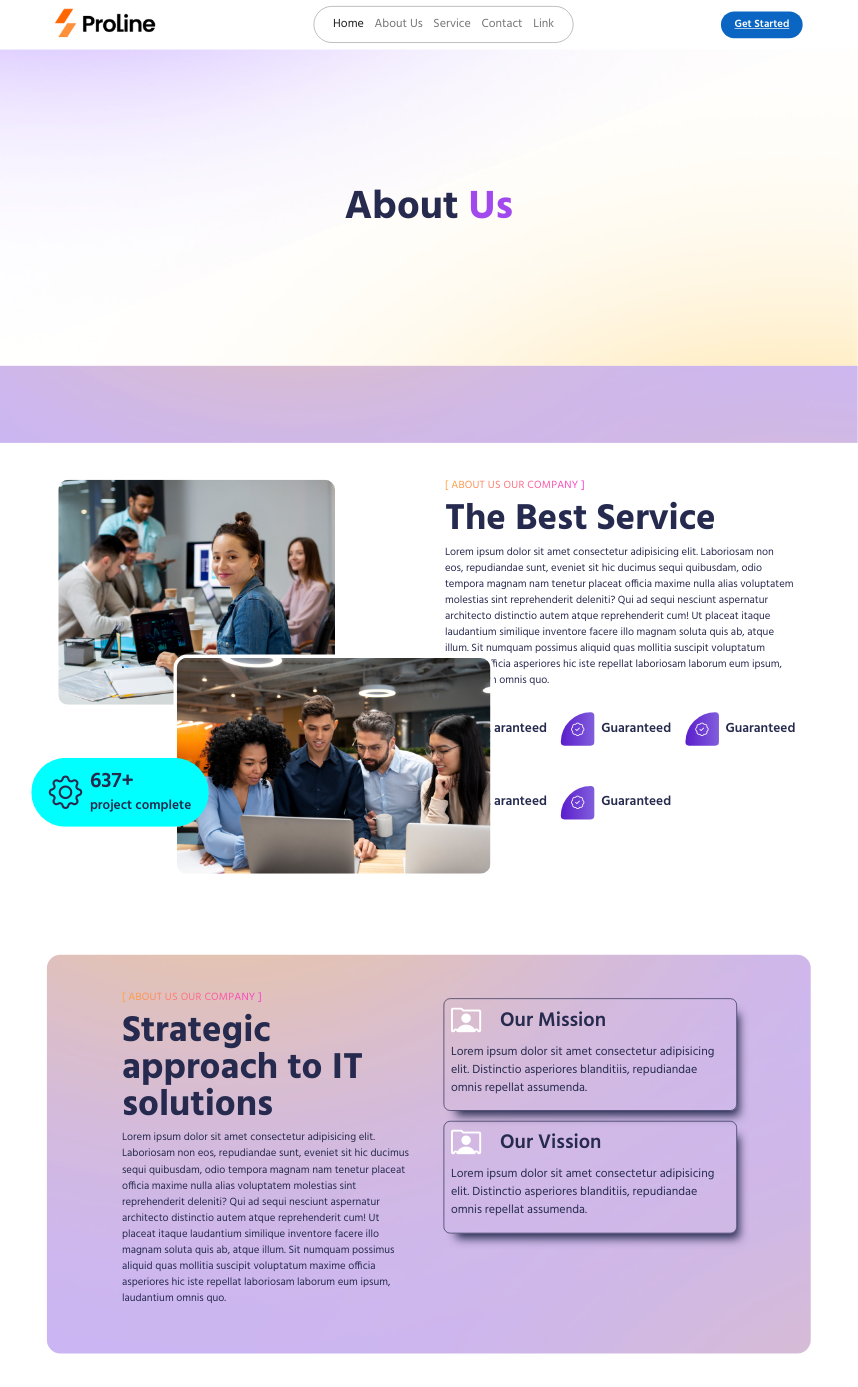
Repository: tagnam/corporate
Page: aboutus.html
The author's editor kept a copy of each file at every save. The page is drawn from the files as they stood at one save, then again after the next save.
The browser window is 1280 px wide. The pictures show the whole page, at 67% of full size.

Above is the page before, as saved 2025-02-15 12:52:26.

### aboutus.html
<!DOCTYPE html>
<html lang="en">
    <head>
        <meta charset="UTF-8" />
        <meta name="viewport" content="width=device-width, initial-scale=1.0" />
        <title>Corporate</title>
        <link href="https://cdn.jsdelivr.net/npm/bootstrap@5.2.3/dist/css/bootstrap.min.css" rel="stylesheet" integrity="sha384-rbsA2VBKQhggwzxH7pPCaAqO46MgnOM80zW1RWuH61DGLwZJEdK2Kadq2F9CUG65" crossorigin="anonymous" />
        <script src="https://cdn.jsdelivr.net/npm/bootstrap@5.2.3/dist/js/bootstrap.bundle.min.js" integrity="sha384-kenU1KFdBIe4zVF0s0G1M5b4hcpxyD9F7jL+jjXkk+Q2h455rYXK/7HAuoJl+0I4" crossorigin="anonymous"></script>
        <link rel="stylesheet" type="text/css" href="https://cdn.jsdelivr.net/npm/slick-carousel@1.8.1/slick/slick.css" />
        <link rel="stylesheet" type="text/css" href="https://cdn.jsdelivr.net/npm/slick-carousel@1.8.1/slick/slick-theme.css" />
        <link rel="stylesheet" href="style/css/animation.css" />
        <link rel="stylesheet" href="style/css/responsive.css" />
        <link rel="stylesheet" href="style/css/style.css" />
    </head>
<body>
            <!--======================================= start navigation bar  ===================================-->

            <header>
                <!-- <div class="nav-top">
                    <div class="col-lg-4"></div>
                    <div class="col-lg-4"></div>
                    <div class="col-lg-4"></div>
                </div> -->
                <nav class="navbar navbar-expand-lg ">
                    <div class="container">
                      <a class="navbar-brand" href="#"><img src="images/leads-proline-300x95.png" width="150px" alt=""></a>
                      <button class="navbar-toggler" type="button" data-bs-toggle="collapse" data-bs-target="#navbarSupportedContent" aria-controls="navbarSupportedContent" aria-expanded="false" aria-label="Toggle navigation">
                        <span class="navbar-toggler-icon"></span>
                      </button>
                      <div class="collapse navbar-collapse justify-content-between" id="navbarSupportedContent">
                        <div class="custom-nav-menu">
                            <ul class="navbar-nav custome-navbar-nav ">
                                <li class="nav-item custome-nav-item">
                                  <a class="nav-link custome-nav-link active" aria-current="page" href="/">Home</a>
                                </li>
                                <li class="nav-item custome-nav-item">
                                  <a class="nav-link custome-nav-link" href="aboutus.html">About Us</a>
                                </li>
                                <li class="nav-item custome-nav-item">
                                  <a class="nav-link custome-nav-link" href="#">Service</a>
                                </li>
                                <li class="nav-item custome-nav-item">
                                  <a class="nav-link custome-nav-link" href="#">Contact </a>
                                </li>
                                <li class="nav-item custome-nav-item">
                                  <a class="nav-link custome-nav-link" href="#">Link</a>
                                </li>
                              </ul>
                        </div>

                      </div>
                      <div >
                        <a href="" class="custom-btn"> Get Started </a>
        </div>
                    </div>
                  </nav>
            </header>

             <!--======================================= end navigation bar  ===================================-->



             <!--====================================== start about banner section ===================================-->


             <section class="innerpage-banner">
                <div class="container">
                    <div class="row">
                            <div class="col-lg-12">
                                <h2 class="inner-heading"> About <span> Us </span></h2>
                            </div>
                    </div>
                </div>
             </section>

             <!--====================================== end about banner section ===================================-->
                     <!--================================================= start client-slider  section ==========================-->
        <section class="client-slider-section">
            <div class="container-fluid" style="padding: 10px 0px;">
                <div class="row">
                    <marquee behavior="" direction="">
                        <div class="marquee" style="width: 130%; overflow: hidden;">

                              <img  src="images/leads-proline-300x95.png"   style="width: 200px;"   alt="" />
                              <img  src="images/marquee-4-icon.webp"   style="width: 75px;"   alt="" />
                              <img  src="images/leads-proline-300x95.png"   style="width: 200px;"   alt="" />
                              <img  src="images/marquee-4-icon.webp"   style="width: 75px;"   alt="" />
                              <img  src="images/leads-proline-300x95.png"   style="width: 200px;"   alt="" />
                              <img  src="images/marquee-4-icon.webp"   style="width: 75px;"   alt="" />
                              <img  src="images/leads-proline-300x95.png"   style="width: 200px;"   alt="" />
                              <img  src="images/marquee-4-icon.webp"   style="width: 75px;"   alt="" />
                              <img  src="images/leads-proline-300x95.png"   style="width: 200px;"   alt="" />
                              <img  src="images/marquee-4-icon.webp"   style="width: 75px;"   alt="" />
                              <img  src="images/leads-proline-300x95.png"   style="width: 200px;"   alt="" />
                              <img  src="images/marquee-4-icon.webp"   style="width: 75px;"   alt="" />


                        </div>
                    </marquee>
                </div>
            </div>
        </section>

        <!--================================================= end client-slider  section ==========================-->

                <!--================================================= star about section ==========================-->

                <section>
                    <div class="container">
                        <div class="row">
                            <div class="col-lg-6">
                                <div class="about-left" style="position: relative;">
                                    <figure class="about-img-container">
                                        <img class="about-img-001 A-image01" src="images/about-img-1.jpg" alt="" />
                                        <img class="about-img-001 A-image02" src="images/about-img-2.jpg" alt="" />
                                    </figure>
                                    <div class="project-counter">
                                        <div class="project-icon">
                                            <i class="bi bi-gear"></i>
                                        </div>
                                        <div class="project-number">
                                            <h2>637+</h2>
                                            <p>project complete</p>
                                        </div>
                                    </div>
                                </div>
                            </div>
                            <div class="col-lg-6">
                                <div class="container-fluid" style="margin-bottom: 20px;">
                                    <h3 class="sub-heading">[ about us our company ]</h3>
                                    <h1 class="title">The Best Service</h1>

                                    <div class="about-text">
                                        <p>
                                            Lorem ipsum dolor sit amet consectetur adipisicing elit. Laboriosam non eos, repudiandae sunt, eveniet sit hic ducimus sequi quibusdam, odio tempora magnam nam tenetur placeat officia maxime nulla alias
                                            voluptatem molestias sint reprehenderit deleniti? Qui ad sequi nesciunt aspernatur architecto distinctio autem atque reprehenderit cum! Ut placeat itaque laudantium similique inventore facere illo magnam
                                            soluta quis ab, atque illum. Sit numquam possimus aliquid quas mollitia suscipit voluptatum maxime officia asperiores hic iste repellat laboriosam laborum eum ipsum, laudantium omnis quo.
                                        </p>
                                    </div>
                                </div>
                                <div class="about-right-container">
                                    <ul class="about-list">
                                        <li class="about-list-item">
                                            <div class="col-lg-2 about-icon"><i class="bi bi-patch-check"></i></div>
                                            <div class="col-lg-10">
                                                <div class="about-list-title">Guaranteed</div>
                                            </div>
                                        </li>

                                        <li class="about-list-item">
                                            <div class="col-lg-2 about-icon"><i class="bi bi-patch-check"></i></div>
                                            <div class="col-lg-10">
                                                <div class="about-list-title">Guaranteed</div>
                                            </div>
                                        </li>
                                        <li class="about-list-item">
                                            <div class="col-lg-2 about-icon"><i class="bi bi-patch-check"></i></div>
                                            <div class="col-lg-10">
                                                <div class="about-list-title">Guaranteed</div>
                                            </div>
                                        </li>
                                        <li class="about-list-item">
                                            <div class="col-lg-2 about-icon"><i class="bi bi-patch-check"></i></div>
                                            <div class="col-lg-10">
                                                <div class="about-list-title">Guaranteed</div>
                                            </div>
                                        </li>
                                        <li class="about-list-item">
                                            <div class="col-lg-2 about-icon"><i class="bi bi-patch-check"></i></div>
                                            <div class="col-lg-10">
                                                <div class="about-list-title">Guaranteed</div>
                                            </div>
                                        </li>
                                    </ul>
                                </div>
                            </div>
                        </div>
                    </div>
                </section>
                <!--================================================= end about  section ==========================-->


            <!--==================================== start mission vission section ====================================-->

            <section class="mission-visson-section">
                <div class="container mission-vission-container">
                    <div class="row">
                        <div class="col-lg-6">
                            <div class="container-fluid" style="margin-bottom: 20px;">
                                <h3 class="sub-heading">[ about us our company ]</h3>
                                <h1 class="title">Strategic approach to IT solutions</h1>

                                <div class="about-text">
                                    <p>
                                        Lorem ipsum dolor sit amet consectetur adipisicing elit. Laboriosam non eos, repudiandae sunt, eveniet sit hic ducimus sequi quibusdam, odio tempora magnam nam tenetur placeat officia maxime nulla alias
                                        voluptatem molestias sint reprehenderit deleniti? Qui ad sequi nesciunt aspernatur architecto distinctio autem atque reprehenderit cum! Ut placeat itaque laudantium similique inventore facere illo magnam
                                        soluta quis ab, atque illum. Sit numquam possimus aliquid quas mollitia suscipit voluptatum maxime officia asperiores hic iste repellat laboriosam laborum eum ipsum, laudantium omnis quo.
                                    </p>
                                </div>
                            </div>
                        </div>
                        <div class="col-lg-6">
                                <div class="mission-vision-card ">
                                    <div class="mission-card">
                                        <div class="row">
                                            <div class="col-md-2">
                                                <div class="mission-icon">
                                                    <i class="bi bi-person-rolodex"></i>
                                                </div>
                                            </div>
                                            <div class="col-md-9 d-flex align-content-center">
                                                <div class="mission-content">
                                                <h4> our mission</h4>
                                                </div>
                                            </div>
                                        </div>
                                        <div class="row">
                                            <p class="mission-text">Lorem ipsum dolor sit amet consectetur adipisicing elit. Distinctio asperiores blanditiis, repudiandae omnis repellat assumenda.</p>
                                        </div>
                                    </div>
                                    <div class="vission-card">
                                        <div class="row">
                                            <div class="col-md-2">
                                                <div class="mission-icon">
                                                    <i class="bi bi-person-rolodex"></i>
                                                </div>
                                            </div>
                                            <div class="col-md-9 d-flex align-content-center">
                                                <div class="mission-content">
                                                <h4> our Vission</h4>
                                                </div>
                                            </div>
                                        </div>
                                        <div class="row">
                                            <p class="mission-text">Lorem ipsum dolor sit amet consectetur adipisicing elit. Distinctio asperiores blanditiis, repudiandae omnis repellat assumenda.</p>
                                        </div>
                                    </div>
                                </div>
                        </div>
                    </div>
                </div>
            </section>
            <!--==================================== end mission vission section ====================================-->

</body>
</html>

### style/css/animation.css
@keyframes boxmove{
    50% {
        transform: translateX(-20%);
    }
}


@keyframes star{
    0% {
        -webkit-transform: translate(0);
        transform: translate(0);
    }
    25% {
        -webkit-transform: translate(10px, 10px);
        transform: translate(10px, 10px);
    }
    50% {
        -webkit-transform: translate(5px, 5px);
        transform: translate(5px, 5px);
    }
    75% {
        -webkit-transform: translate(10px, -5px);
        transform: translate(10px, -5px);
    }
    100% {
        -webkit-transform: translate(0);
        transform: translate(0);
    }
}

### style/css/responsive.css

@media (max-width: 576px) {

 }

/* Small devices (tablets) */
@media (min-width: 577px) and (max-width: 768px) {

}

/* Medium devices (small laptops) */
@media (min-width: 769px) and (max-width: 992px) {

 }

/* Large devices (desktops) */
@media (min-width: 993px) and (max-width: 1200px) {

}

/* Extra large devices (large desktops) */
@media (min-width: 1201px) {

 }

Loaded but not shown: style/css/style.css (646 lines, source omitted)

After the next save:
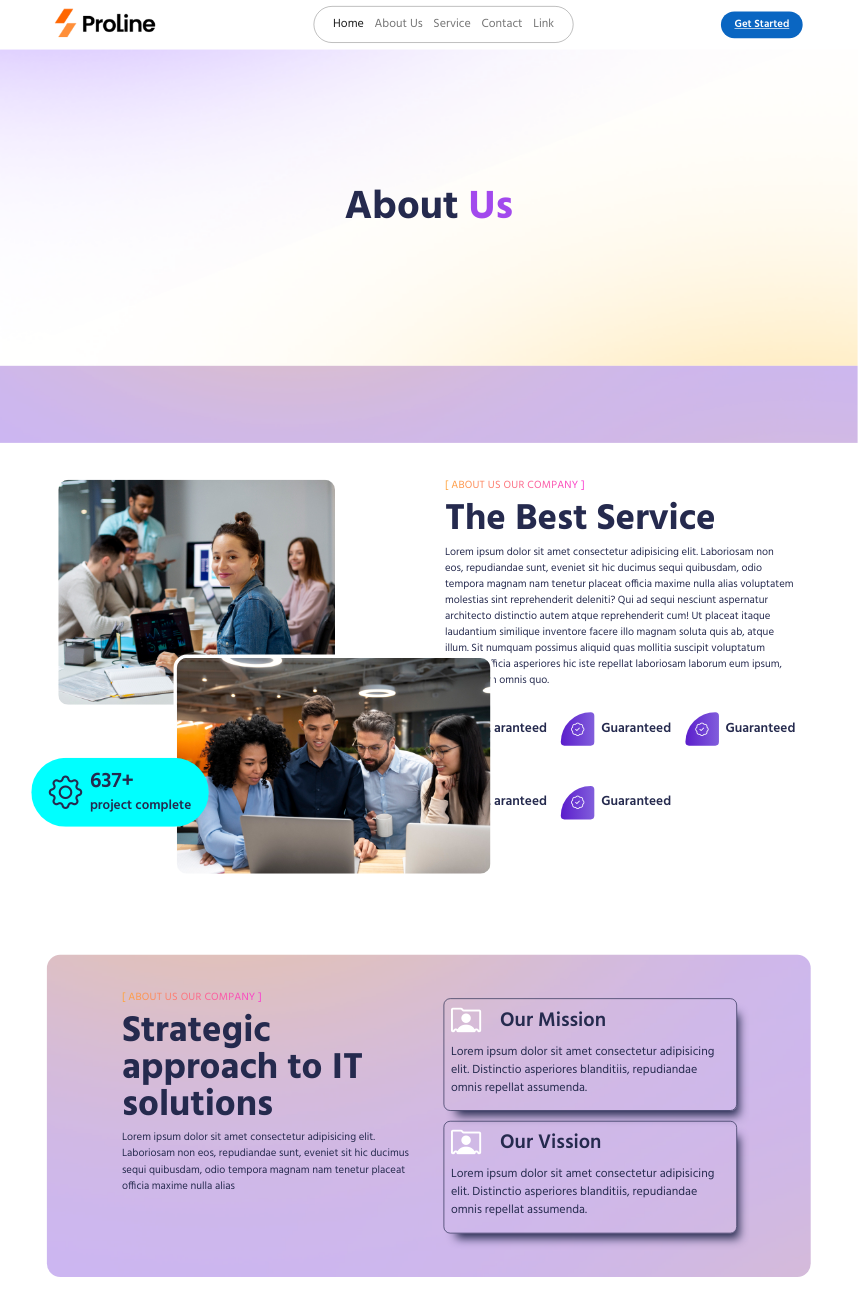
Saved 5 s later.
--- a/aboutus.html
+++ b/aboutus.html
@@ -193,8 +193,7 @@
                                 <div class="about-text">
                                     <p>
                                         Lorem ipsum dolor sit amet consectetur adipisicing elit. Laboriosam non eos, repudiandae sunt, eveniet sit hic ducimus sequi quibusdam, odio tempora magnam nam tenetur placeat officia maxime nulla alias
-                                        voluptatem molestias sint reprehenderit deleniti? Qui ad sequi nesciunt aspernatur architecto distinctio autem atque reprehenderit cum! Ut placeat itaque laudantium similique inventore facere illo magnam
-                                        soluta quis ab, atque illum. Sit numquam possimus aliquid quas mollitia suscipit voluptatum maxime officia asperiores hic iste repellat laboriosam laborum eum ipsum, laudantium omnis quo.
+
                                     </p>
                                 </div>
                             </div>
